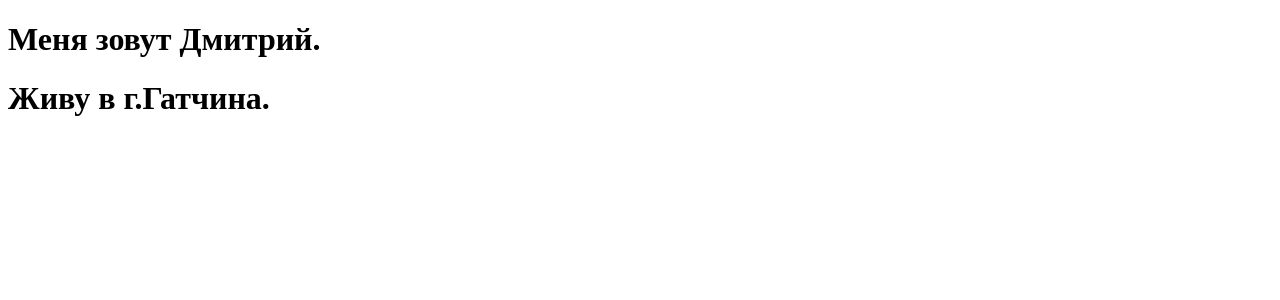
Repository: KoltsovDmitriy/Portfolio
Page: index.html
These files come from the project's save history. The page is drawn as it stood at one moment and after the next save; the edit follows.
The browser window is 1280 px wide. The pictures show the whole page.

Above is the page before, as saved 2023-03-10 10:13:15.

After the next save:
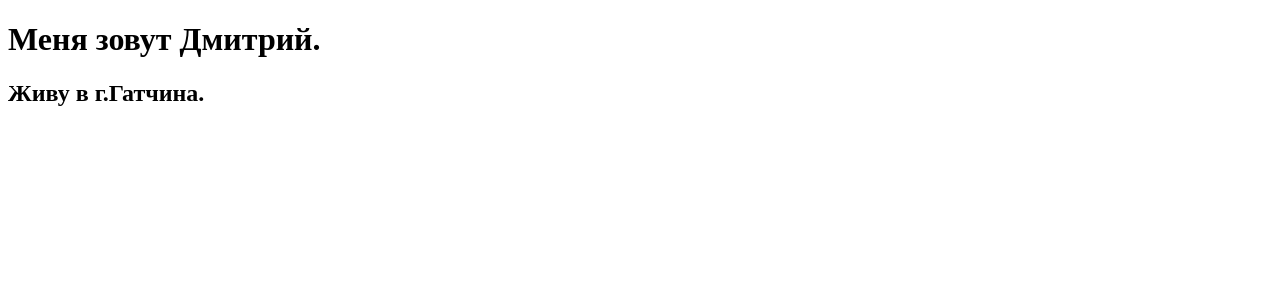
Saved 26 s later.
--- a/index.html
+++ b/index.html
@@ -8,8 +8,8 @@
     <link rel="stylesheet" href="./style.css">
 </head>
 <body>
-    <h1 class="">Меня зовут Дмитрий.</h1>
-    <h1>Живу в г.Гатчина.</h1>
+    <h1 class="name">Меня зовут Дмитрий.</h1>
+    <h2>Живу в г.Гатчина.</h2>
 
 </body>
 </html>
